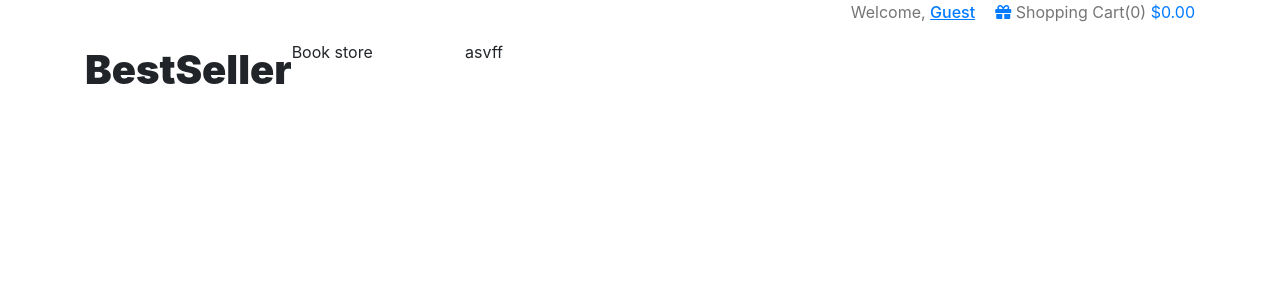
Repository: phunobi1807/BestSeller
Page: index.html
An editor plug-in stored every save of this project. The page is shown before and after the next save, followed by the edit.
The browser window is 1280 px wide. The pictures show the whole page.

Above is the page before, as saved 2021-06-28 22:10:59.

After the next save:
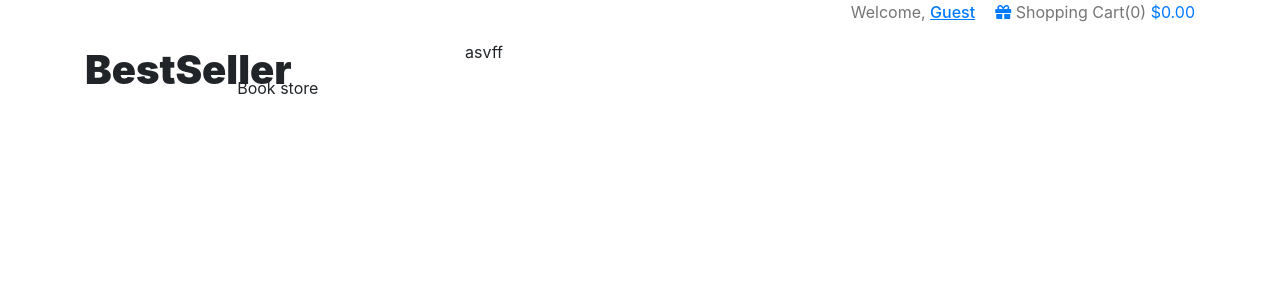
Saved 81 s later.
--- a/css/style.css
+++ b/css/style.css
@@ -43,4 +43,6 @@ html {
 
 .navigation-logo__text-small {
     position: absolute;
+    bottom: 0;
+    left: 44%;
 }
